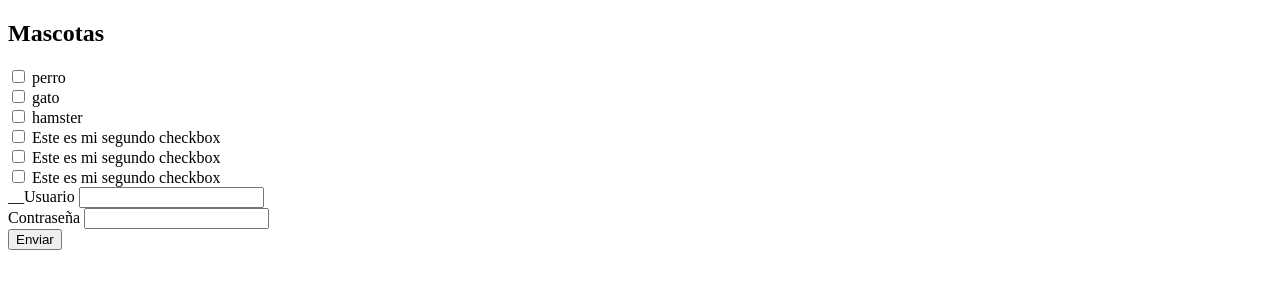
Repository: felipeverdugo/Java-y-Aplicaciones-Avanzadas-sobre-Internet
Page: work/Practica1Web40/src/main/webapp/mascotas.html
These files come from the project's save history. The page is drawn as it stood at one moment and after the next save; the edit follows.
The browser window is 1280 px wide. The pictures show the whole page.

Above is the page before, as saved 2024-03-20 14:00:44.

### work/Practica1Web40/src/main/webapp/mascotas.html
<!DOCTYPE html>
<html>
<head>
<meta charset="ISO-8859-1">
<title>Login</title>
</head>
<body>
    <h2>Mascotas</h2>
    <form action="Encuesta" method="post">

		<input type="checkbox" id="perro" value="second_checkbox" />
		<label for="perro">perro</label>
    	<br>

    	<input type="checkbox" id="gato" value="second_checkbox" />
		<label for="gato">gato</label>
    	<br>

    	<input type="checkbox" id="hamster" value="second_checkbox" />
		<label for="hamster">hamster</label>
    	<br>

    	<input type="checkbox" id="cbox2" value="second_checkbox" />
		<label for="cbox2">Este es mi segundo checkbox</label>
    	<br>

    	<input type="checkbox" id="cbox2" value="second_checkbox" />
		<label for="cbox2">Este es mi segundo checkbox</label>
    	<br>

    	<input type="checkbox" id="cbox2" value="second_checkbox" />
		<label for="cbox2">Este es mi segundo checkbox</label>
    	<br>




        <label for="nombre">__Usuario</label>
        <input type="text" id="user" name="user" required>
        <br>
        <label for="nombre">Contraseña</label>
        <input type="text" id="pass" name="pass" required>
           <br>
        <input type="submit" value="Enviar">
    </form>
</body>
</html>

After the next save:
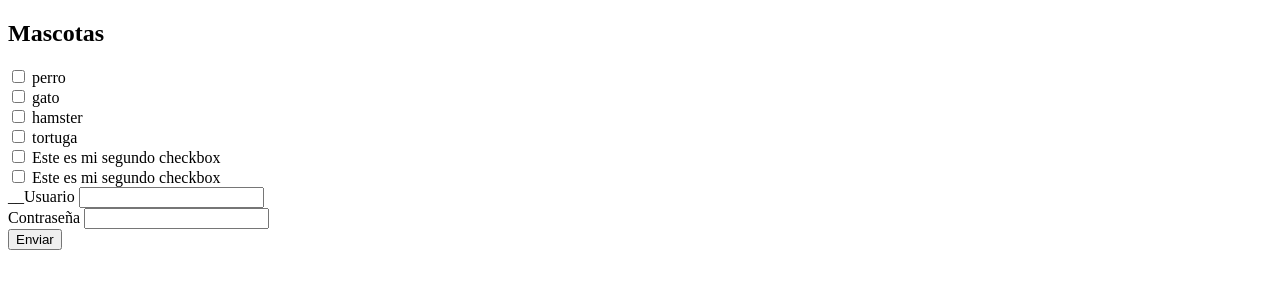
Saved 13 s later.
--- a/work/Practica1Web40/src/main/webapp/mascotas.html
+++ b/work/Practica1Web40/src/main/webapp/mascotas.html
@@ -20,8 +20,8 @@
 		<label for="hamster">hamster</label>
     	<br>
 
-    	<input type="checkbox" id="cbox2" value="second_checkbox" />
-		<label for="cbox2">Este es mi segundo checkbox</label>
+    	<input type="checkbox" id="tortuga" value="second_checkbox" />
+		<label for="tortuga">tortuga</label>
     	<br>
 
     	<input type="checkbox" id="cbox2" value="second_checkbox" />
